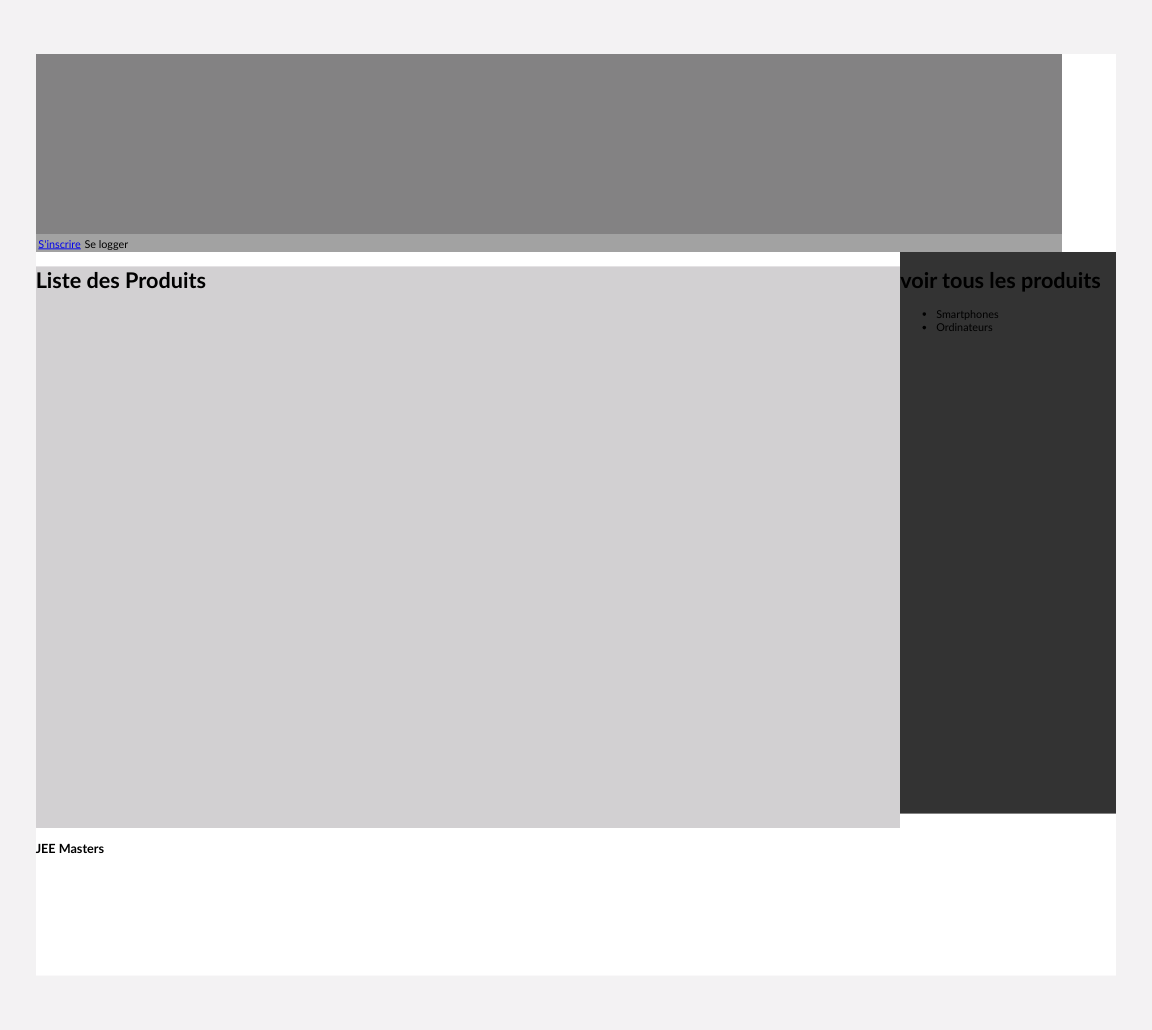
Repository: EBusinesss/Ebusiness
Page: http://localhost/EcomWEB/
The author's editor kept a copy of each file at every save. The page is drawn from the files as they stood at one save, then again after the next save.
The browser window is 1280 px wide. The pictures show the whole page, at 90% of full size.
The page is served by Tomcat 9. Nobody is signed in. The application's start-up code is not run. Other server files are loaded and not shown.

Above is the page before, as saved 2014-12-08 20:47:32.

### Workspace/EcomWEB/WebContent/index.jsp
<%@ page language="java" contentType="text/html; charset=ISO-8859-1"
    pageEncoding="ISO-8859-1"%>

<!DOCTYPE html PUBLIC "-//W3C//DTD HTML 4.01 Transitional//EN" "http://www.w3.org/TR/html4/loose.dtd">
<html>
<head>
<link rel="stylesheet" type="text/css" href="./style/style.css" />
<meta http-equiv="Content-Type" content="text/html; charset=ISO-8859-1">
<title>Insert title here</title>
</head>
<body>

<div id="wrapper">

	<div id="header">

	</div>

	<div id="navigation">
	<table>
		<tr>
		<td><a href="Inscription.jsp"> S'inscrire </a></td>
		<td><a onclick="seLogger()"> Se logger </a></td>
		</tr>
	</table>
	</div>

	<div id="menuLateral">
	<h1> <a> voir tous les produits </a> </h1>

	<ul>
		<li> Smartphones</li>
		<li> Ordinateurs</li>
	</ul>
	</div>

	<div id="content">
	<h1>Liste des Produits </h1>


	</div>

	<div id="footers">
	<h3>JEE Masters</h3>
	</div>

<script >
function seLogger()
{

	window.confirm("test test");
	}

</script>


</div>
</body>
</html>

### Workspace/EcomWEB/WebContent/style/style.css
body {
	background: #f3f2f3;
	color: #000000;
	font-family: Trebuchet MS, Arial, Times New Roman;
	font-size: 12px;
}

#wrapper {
	background: #FFFFFF;
	margin: 60px auto;
	width: 95%;
	height: 1024px;
}

#header {
	background: #838283;
	height: 200px;
	width: 95%;
}

#navigation {
	background: #a2a2a2;
	width: 95%;
	height: 20px;
}

#menuLateral {
	background: #333333;
	float: left;
	width: 20%;
	height: 624px;
	float: right;
}

#content {
	background: #d2d0d2;
	width: 80%;
	height: 624px;
}

#footer {
	background: #838283;
	height: 180px;
	width: 95%;
}

After the next save:
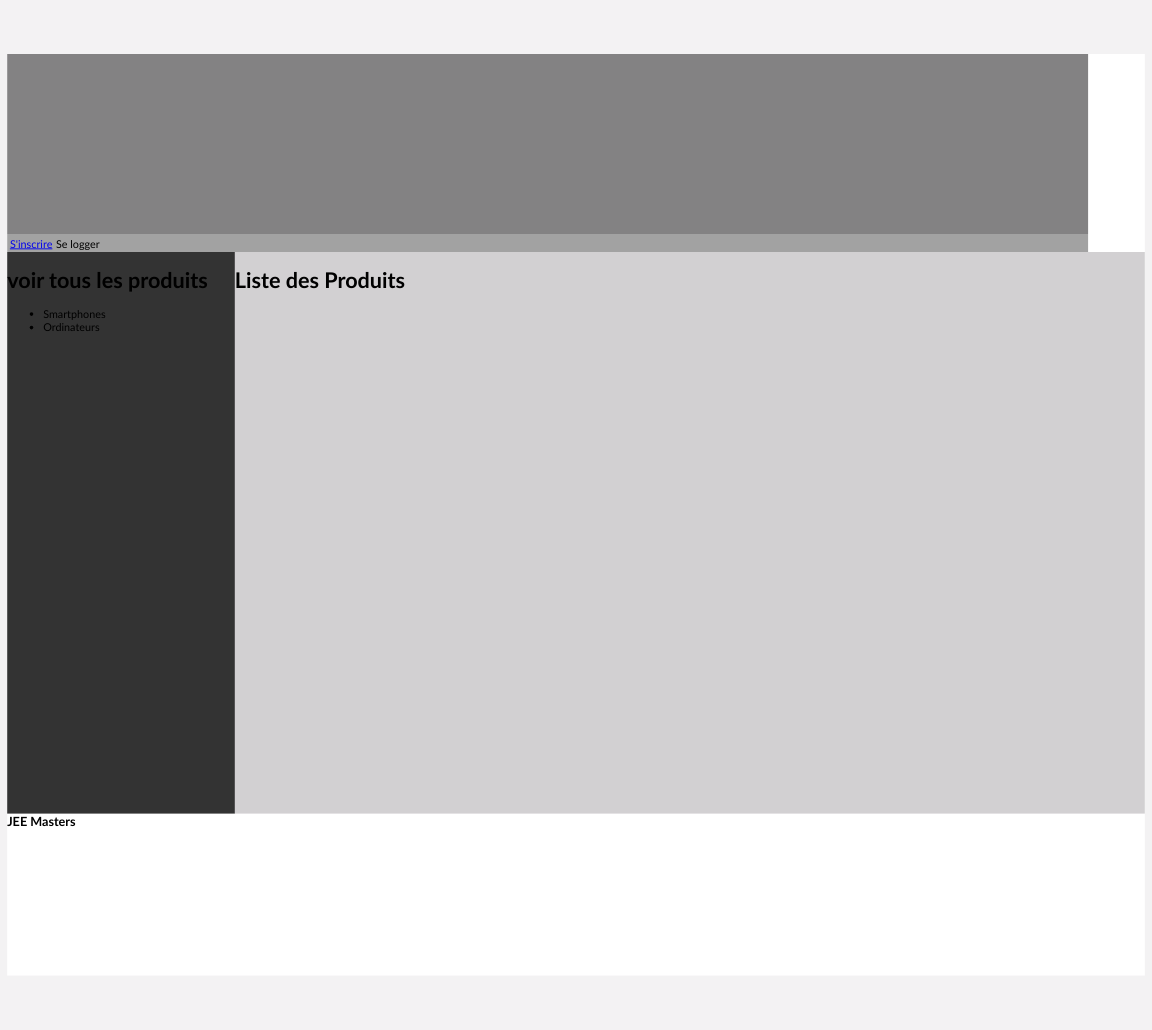
Saved 68 s later.
--- a/Workspace/EcomWEB/WebContent/style/style.css
+++ b/Workspace/EcomWEB/WebContent/style/style.css
@@ -1,21 +1,18 @@
-body {
+@CHARSET "ISO-8859-1";
+
+body{
 	background: #f3f2f3;
 	color: #000000;
 	font-family: Trebuchet MS, Arial, Times New Roman;
 	font-size: 12px;
 }
 
+
 #wrapper {
 	background: #FFFFFF;
 	margin: 60px auto;
-	width: 95%;
+	width: 100%;
 	height: 1024px;
-}
-
-#header {
-	background: #838283;
-	height: 200px;
-	width: 95%;
 }
 
 #navigation {
@@ -24,18 +21,24 @@ body {
 	height: 20px;
 }
 
-#menuLateral {
+#menuLateral{
 	background: #333333;
 	float: left;
 	width: 20%;
 	height: 624px;
-	float: right;
+}
+
+#header{
+	background: #838283;
+	height: 200px;
+	width: 95%;
 }
 
 #content {
 	background: #d2d0d2;
 	width: 80%;
 	height: 624px;
+	float: right;
 }
 
 #footer {
@@ -43,3 +46,7 @@ body {
 	height: 180px;
 	width: 95%;
 }
+
+a{
+	cursor: pointer;
+}
